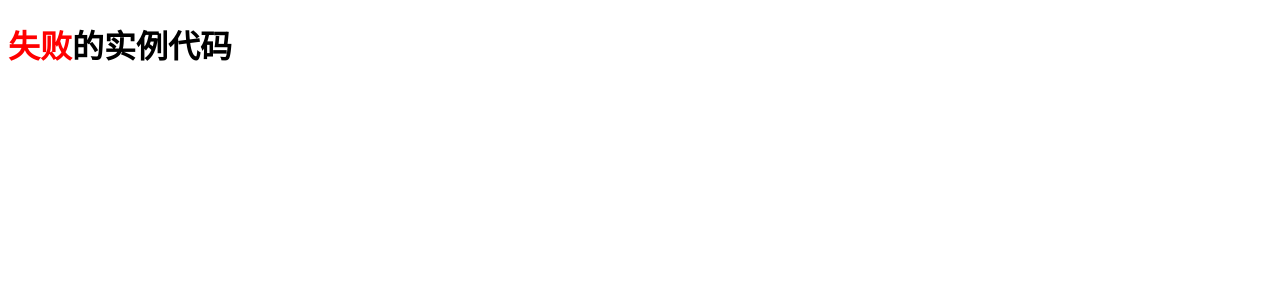
Repository: bookFireFly/bookFireFly
Page: HtmlAndCSS/改变鼠标的形状 失败的实例代码.html
The author's editor kept a copy of each file at every save. The page is drawn from the files as they stood at one save, then again after the next save.
The browser window is 1280 px wide. The pictures show the whole page.

Above is the page before, as saved 2017-10-18 07:38:18.

After the next save:
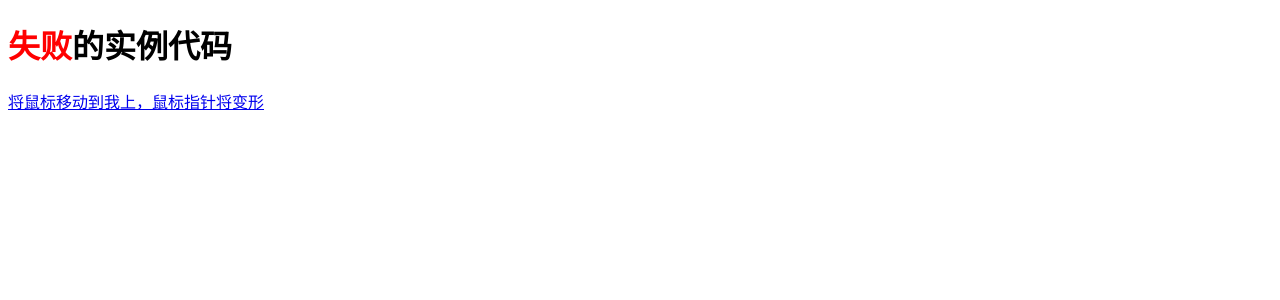
Saved 64 s later.
--- a/HtmlAndCSS/改变鼠标的形状 失败的实例代码.html
+++ b/HtmlAndCSS/改变鼠标的形状 失败的实例代码.html
@@ -6,5 +6,6 @@
 </head>
 <body>
 <h1><font color="red">失败</font>的实例代码</h1>
+<a href="#" style="cursor:url(note.ico);">将鼠标移动到我上，鼠标指针将变形</a>
 </body>
 </html>
